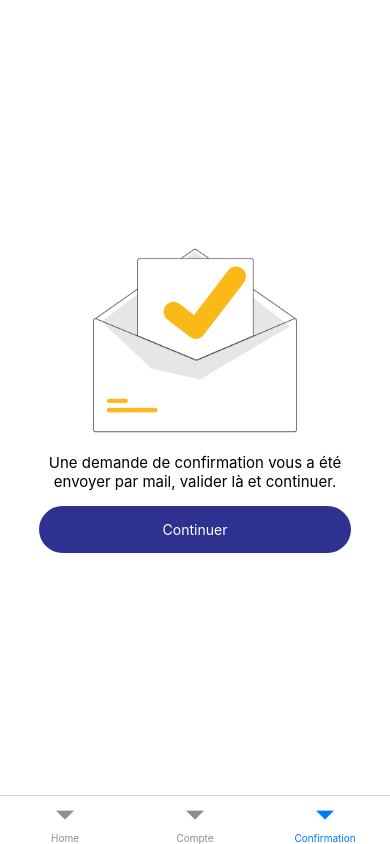
Repository: Norlan-20/Last-Afrilink
Screen: /Confirmation
The author's editor kept a copy of each file at every save. The screen is drawn from the files as they stood at one save, then again after the next save.
The app was drawn by React Native's web renderer in a window 390 px wide. The project was rebuilt for these pictures with package versions that can differ from the ones it lists, and the page was loaded fresh each time. Also part of the build but not shown: screen/User.js.

Above is the screen before, as saved 2021-09-25 03:57:04.

After the next save:
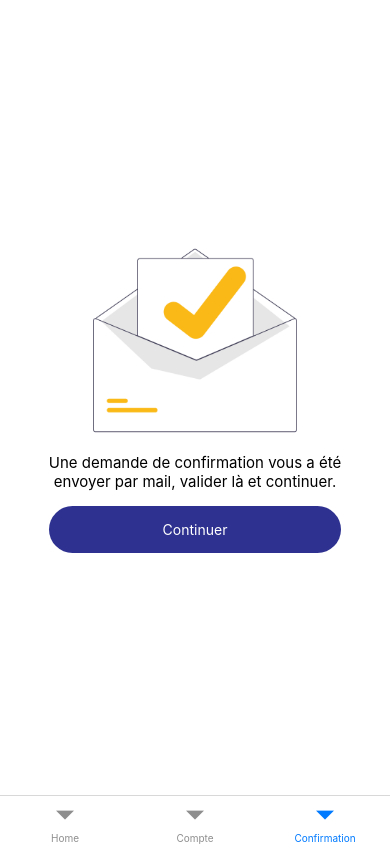
Saved 4 min 7 s later.
--- a/component/button.js
+++ b/component/button.js
@@ -16,7 +16,7 @@ export const Continuer = () => {
 const styles = StyleSheet.create({
     continuer: {
         backgroundColor: primary,
-        width: width - (width / 5),
+        width: width - (width / 4),
         marginTop: 15,
         flexDirection: 'row',
         padding: 15,
